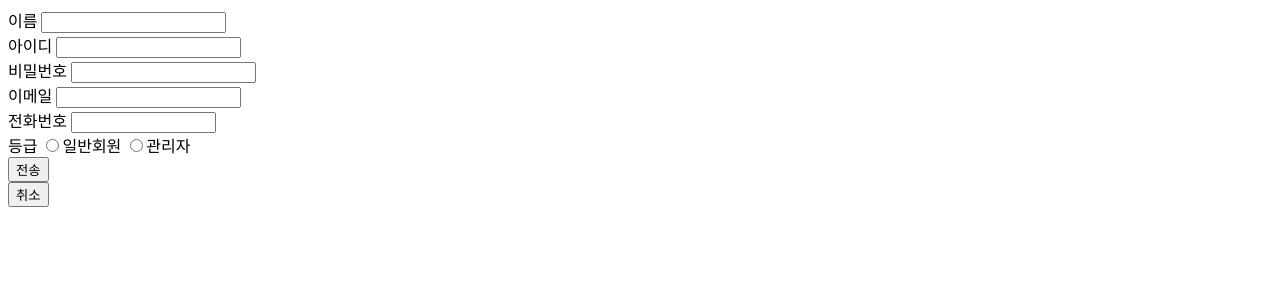
Repository: totesbk/JSP-
Page: http://localhost/web08/ex04_form.jsp
An editor plug-in stored every save of this project. The page is shown before and after a run of saves, followed by the edit.
The browser window is 1280 px wide. The pictures show the whole page.
The page is served by Tomcat 9.

Above is the page before, as saved 2020-10-13 01:46:28.

After the next 2 saves:
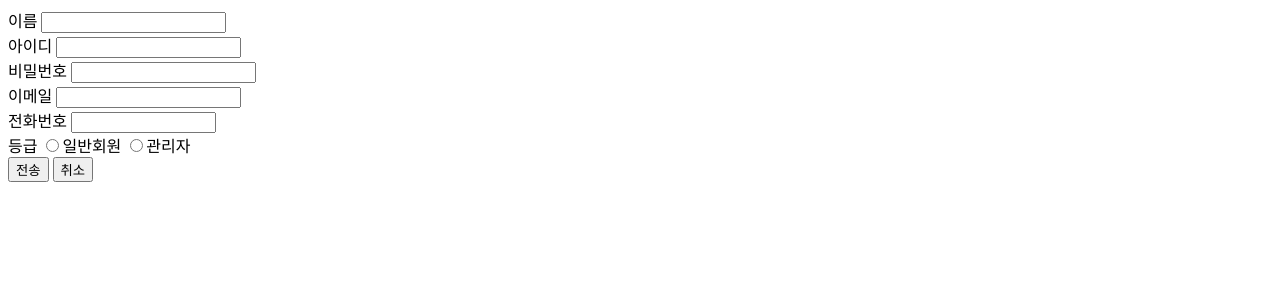
The 2 saves are shown as one change because 1 did not build or start.
The last was saved 2 min 5 s later.
--- a/web08/WebContent/ex04_form.jsp
+++ b/web08/WebContent/ex04_form.jsp
@@ -40,7 +40,7 @@
    		</tr>
    		<br>
    		<tr>
-   			<td><input type="submit" value="전송"></td><br>
+   			<td><input type="submit" value="전송"></td>
    			<td><input type="reset" value="취소"></td>
    		</tr>
 
